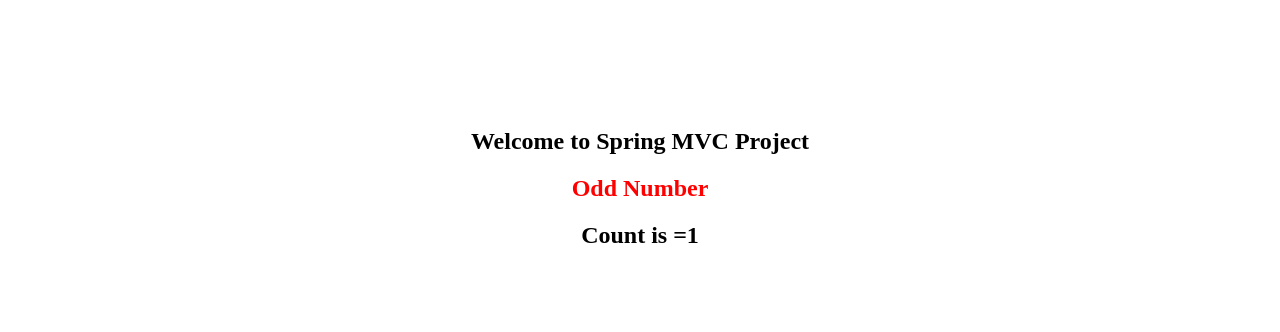
Repository: PragatiShinde16/SpringMVCDemo
Page: http://localhost/SpringMVCProject/views/login.jsp
An editor plug-in stored every save of this project. The page is shown before and after the next save, followed by the edit.
The browser window is 1280 px wide. The pictures show the whole page.
The page is served by Tomcat 9.

Above is the page before, as saved 2024-08-27 05:12:10.

After the next save:
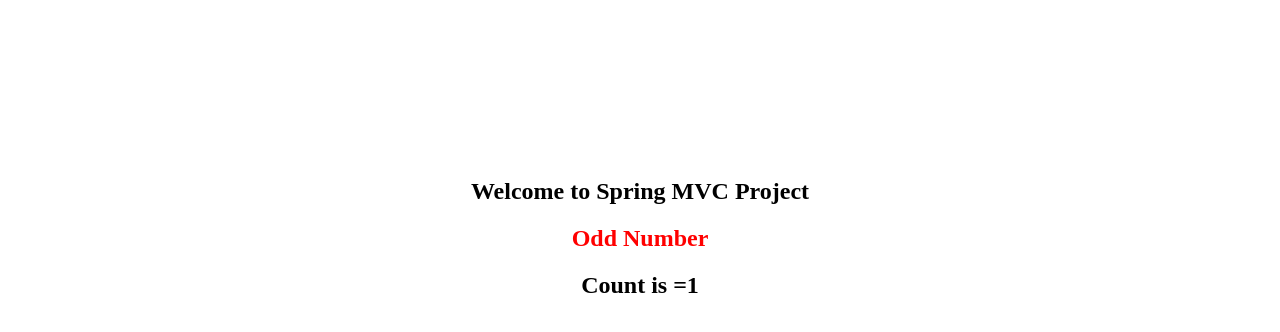
Saved 10 s later.
--- a/SpringMVCProject/src/main/webapp/views/login.jsp
+++ b/SpringMVCProject/src/main/webapp/views/login.jsp
@@ -6,7 +6,7 @@
 <meta charset="ISO-8859-1">
 <title>Insert title here</title>
 </head>
-<body style="text-align: center; padding:100px;">
+<body style="text-align: center; padding:150px;">
 	<h2>Welcome to Spring MVC Project</h2>
 
 	<%!
